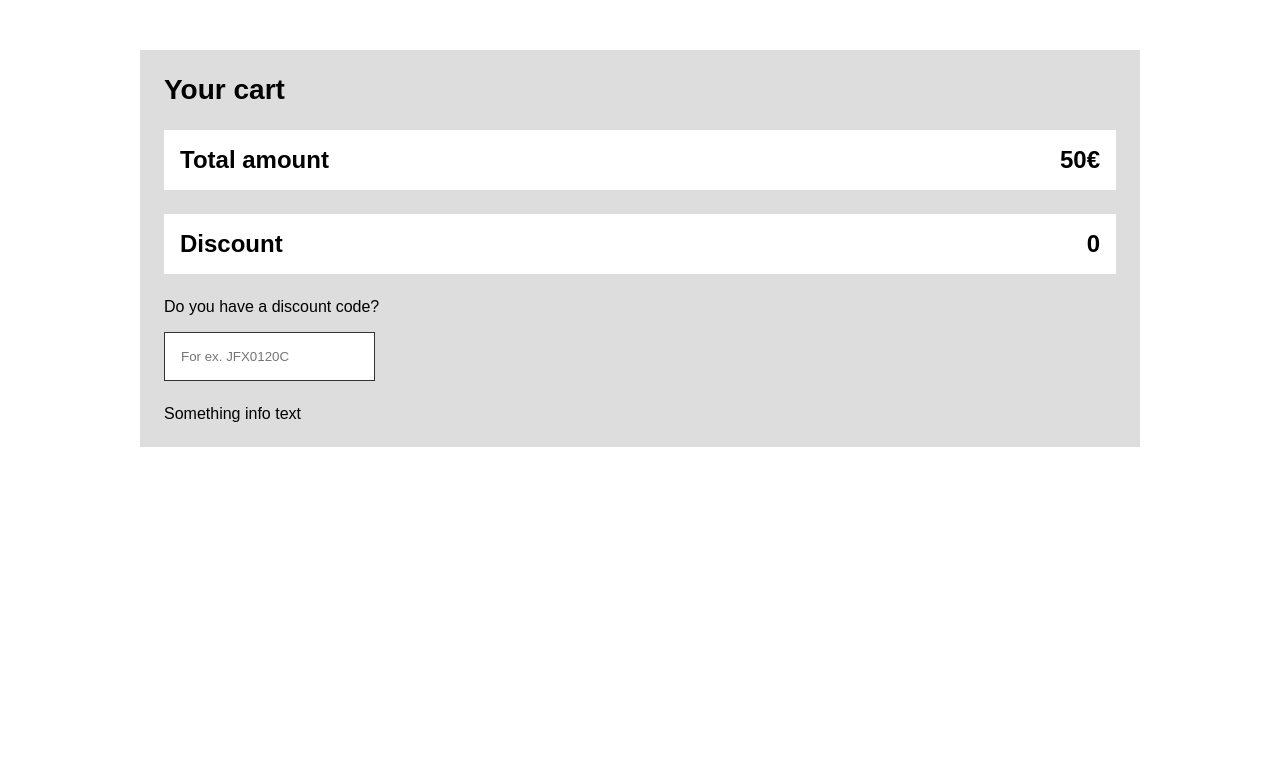
Repository: kcvijay/cart-discoutcodes
Page: /
An editor plug-in stored every save of this project. The page is shown before and after the next save, followed by the edit.
The browser window is 1280 px wide. The pictures show the whole page.
The project was rebuilt for these pictures with package versions that can differ from the ones it lists, and the page was loaded fresh each time. Also part of the build but not shown: src/App.css.

Above is the page before, as saved 2023-05-17 11:33:36.

### public/index.html
<!DOCTYPE html>
<html lang="en">
  <head>
    <meta charset="utf-8" />
    <link rel="icon" href="%PUBLIC_URL%/favicon.ico" />
    <meta name="viewport" content="width=device-width, initial-scale=1" />
    <meta name="theme-color" content="#000000" />
    <meta
      name="description"
      content="Discount Codes searching, fetching and enabling for the cart system."
    />
    <link rel="apple-touch-icon" href="%PUBLIC_URL%/logo192.png" />
    <link rel="manifest" href="%PUBLIC_URL%/manifest.json" />
    <title>Discount Codes for Cart</title>
  </head>
  <body>
    <noscript>You need to enable JavaScript to run this app.</noscript>
    <div id="root"></div>

  </body>
</html>

### src/index.css
* {
  margin: 0;
  padding: 0;
  box-sizing: border-box;
  scroll-behavior: smooth;
}

body {
  max-width: 100vw;
  min-height: 100vh;
  font-family: Arial, Helvetica, sans-serif;
}

.main-wrapper {
  max-width: 1000px;
  min-height: auto;
  background-color: #ddd;
  margin: 50px auto;
  padding: 1.5rem;
}

.content-header {
  font-size: 1.75rem;
  margin-bottom: 1.5rem;
}

.detail-block {
  display: flex;
  justify-content: space-between;
  padding: 1rem;
  background: #fff;
  margin-bottom: 1.5rem;
}
/****/
/****/

form {
  margin-bottom: 1.5rem;
}

form label {
  display: block;
  margin-bottom: 1rem;
}

form input {
  padding: 1rem;
  font-family: inherit;
  min-width: 200px;
  border: 1px solid #333;
}

### src/App.tsx
import React from "react";
import "./App.css";
import CartInput from "./CartInput";

function App() {
  return (
    <div className="App">
      <CartInput />
    </div>
  );
}

export default App;

### src/CartInput.tsx
import React from "react";

const CartInput = () => {
  return (
    <div className="main-wrapper">
      <h2 className="content-header">Your cart</h2>
      <div className="detail-block">
        <h2>Total amount</h2>
        <h2>{"50€"}</h2>
      </div>
      <div className="detail-block">
        <h2>Discount</h2>
        <h2>{"0"}</h2>
      </div>

      <form>
        <label htmlFor="discountCode">Do you have a discount code?</label>
        <input
          type="text"
          name="discountCode"
          id="discountCode"
          placeholder="For ex. JFX0120C"
        />
      </form>
      <p className="info-text">Something info text</p>
    </div>
  );
};

export default CartInput;

Loaded but not shown: src/index.tsx (common file); src/reportWebVitals.ts (common file)

After the next save:
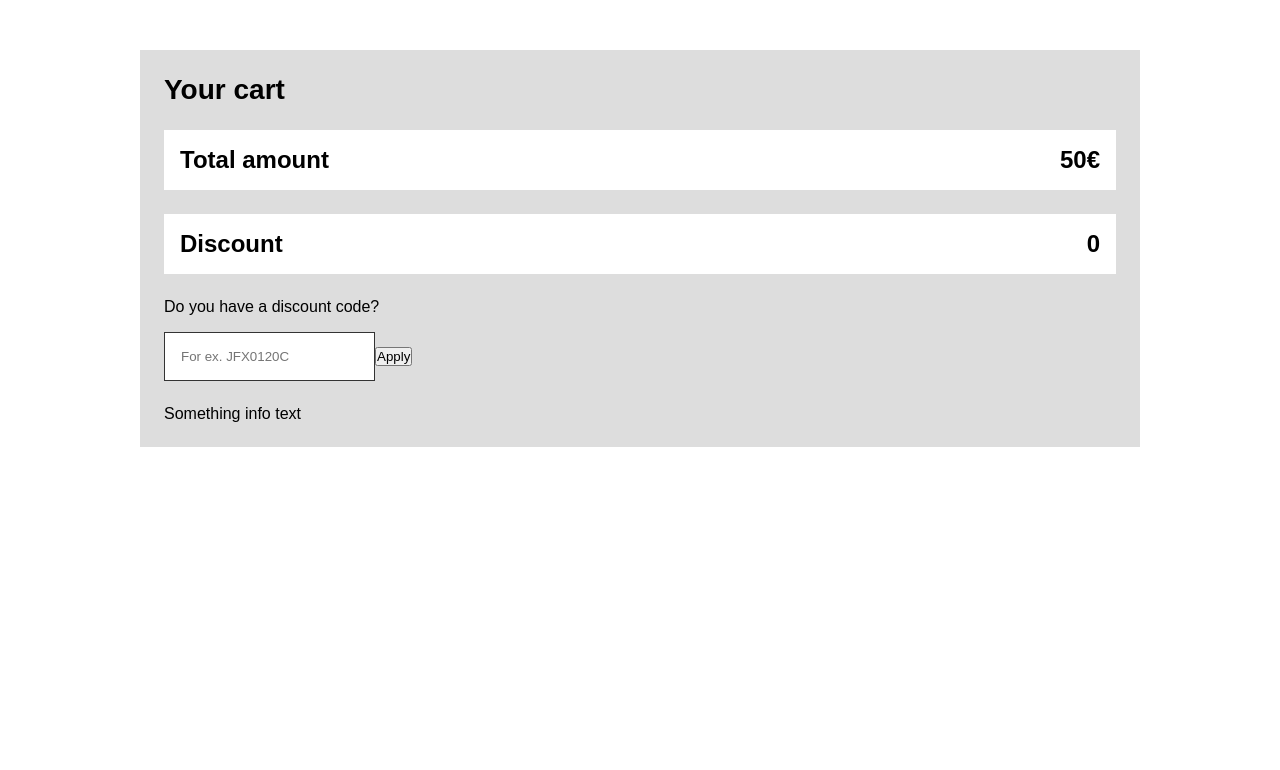
Saved 30 s later.
--- a/src/CartInput.tsx
+++ b/src/CartInput.tsx
@@ -21,6 +21,7 @@ const CartInput = () => {
           id="discountCode"
           placeholder="For ex. JFX0120C"
         />
+        <button>Apply</button>
       </form>
       <p className="info-text">Something info text</p>
     </div>
